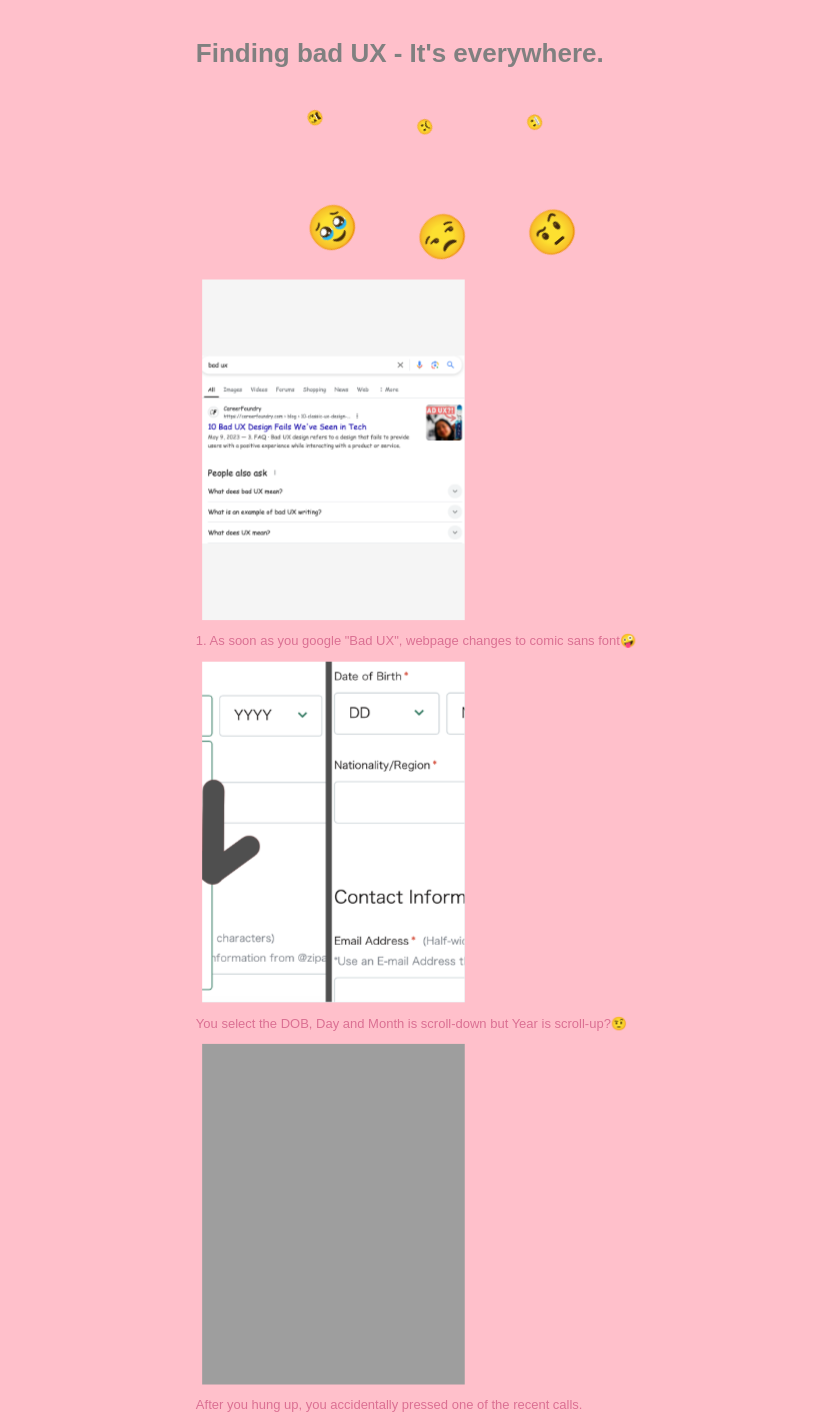
Repository: j1s00jang/MDIA-2109
Page: badUX.html
An editor plug-in stored every save of this project. The page is shown before and after the next save, followed by the edit.
The browser window is 1280 px wide. The pictures show the whole page, at 65% of full size.
Pictures or frames that could not be fetched are drawn as grey boxes. Some web libraries are served in a nearby version.

Above is the page before, as saved 2025-03-02 12:54:09.

### badUX.html
<html>
    <head>
        <!-- Metadata belongs in the head of your document -->
         <title>Jisoo's finding bad ux</title>
         <meta charset="UTF-8" />
         <link rel="stylesheet" href="css/badUXstyles.css">
    </head>
    <body>
        <main>
            <h1 class="title">Finding bad UX - It's everywhere.</h1>

        <div class="js">
            <span class="js__spinner spin">😫</span>
            <span class="js__spinner moreSpin">☹️</span>
            <span class="js__spinner mostSpin">😬</span>
        </div>

        <div class="gsap">
            <span class="gsap__spinner spin">🥹</span>
            <span class="gsap__spinner moreSpin">😒</span>
            <span class="gsap__spinner mostSpin">🤨</span>

        </div>
            <div class="first">
                <img src="css/first.png" alt="google ux" class="first_photo">
            </div>
            <p>1. As soon as you google "Bad UX", webpage changes to comic sans font🤪</p>

            <div class="second">
                <img src="css/second.png" alt="confirm button in red" class="second_photo">
            </div>
            <p>You select the DOB, Day and Month is scroll-down but Year is scroll-up?🤨</p>

            <div class="third">
                <img src="css/third.jpeg" alt="iphone's recents calling list" class="third_photo">
            </div>
            <p>After you hung up, you accidentally pressed one of the recent calls.</p>

            <script src="https://cdn.jsdelivr.net/npm/gsap@3.12.7/dist/gsap.min.js"></script>
            <script src="script.js"></script>


        </main>
    </body>
</html>

### css/badUXstyles.css
html {
    font-family: "Futura", sans-serif;
    font-size: 1.25em;
    background-color: pink;
    padding: 1.25em;
    color: palevioletred;
}

body {
    display: flex;
    justify-content: center;
    height: 100vh;
}

.title {
    font-size: 2em;
    color: grey;
}


.first,
.second,
.third {
    position: relative;
    width: 30vw;
    height: 70vh;
    overflow: hidden;
}

.first {
    background-color: whitesmoke;
    padding: 10px;
    margin: 10px;
    font-size: 1.5em;
}

.first_photo {
    position: absolute;
    top: 0;
    left: 0;
    width: 100%;
    height: 100%;
    object-fit:scale-down;
    opacity: 1;
}

.second {
    background-color: lightcyan;
    padding: 10px;
    margin: 10px;
    color: teal;
    font-size: 1.5em;
}

.second_photo {
    position: absolute;
    top: 0;
    left: 0;
    width: 100%;
    height: 100%;
    object-fit: cover;
    opacity: 1;
}

.third {
    background-color: lightyellow;
    padding: 10px;
    margin: 10px;
    color: darkgoldenrod;
    font-size: 1.5em;
}

.third_photo {
    position: absolute;
    top: 0;
    left: 0;
    width: 100%;
    height: 100%;
    object-fit: cover;
    opacity: 1;
}

.gsap {
    position: relative;
    height: 30vh;
    font-size: 65px;
}


.js,
.gsap {
    position: relative;
    height: 20vh;
    font-size: 65px;
}


.js__spinner,
.gsap__spinner {
    position: absolute;
}




.spin { left: 25%; top: 25%; }
.moreSpin { left: 50%; top: 35%; }
.mostSpin { left: 75%; top: 30%; }



@keyframes makeItSpin {
    0% {
        transform: rotate(0);
    }
    50% {
        font-size: 100px;
    }
    100% {
        transform: rotate(360deg);
    }
}

### script.js
const $spin = document.querySelector(".js__spinner.spin");
const $moreSpin = document.querySelector(".js__spinner.moreSpin");
const $mostSpin = document.querySelector(".js__spinner.mostSpin");




const keyframes = [
    { transform: "rotate(0)" },
    {
        transform: "rotate(360deg)",
        fontSize: "0"
     }
];



const options = {
    duration: 3000,
    iterations: Infinity,

}


$spin.animate(keyframes, options);
$moreSpin.animate(keyframes, options);
$mostSpin.animate(keyframes, options);


const gsapOption = {
    rotation: 360,
    repeat: -1,
    duration: 3
}

gsap.to(".gsap__spinner", gsapOption);

After the next save:
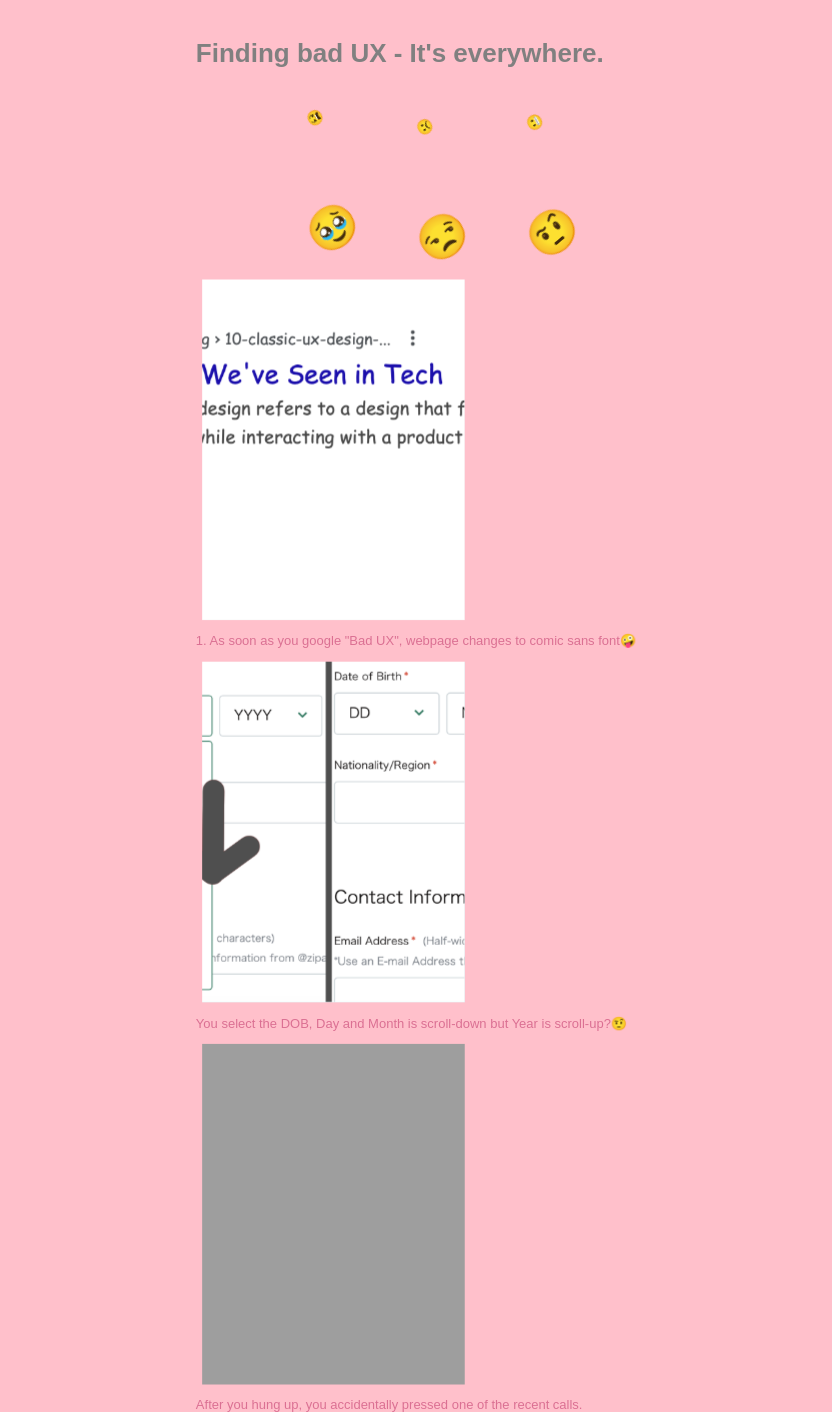
Saved 12 s later.
--- a/css/badUXstyles.css
+++ b/css/badUXstyles.css
@@ -40,7 +40,7 @@
     left: 0;
     width: 100%;
     height: 100%;
-    object-fit:scale-down;
+    object-fit:none;
     opacity: 1;
 }
 

After the save that followed:
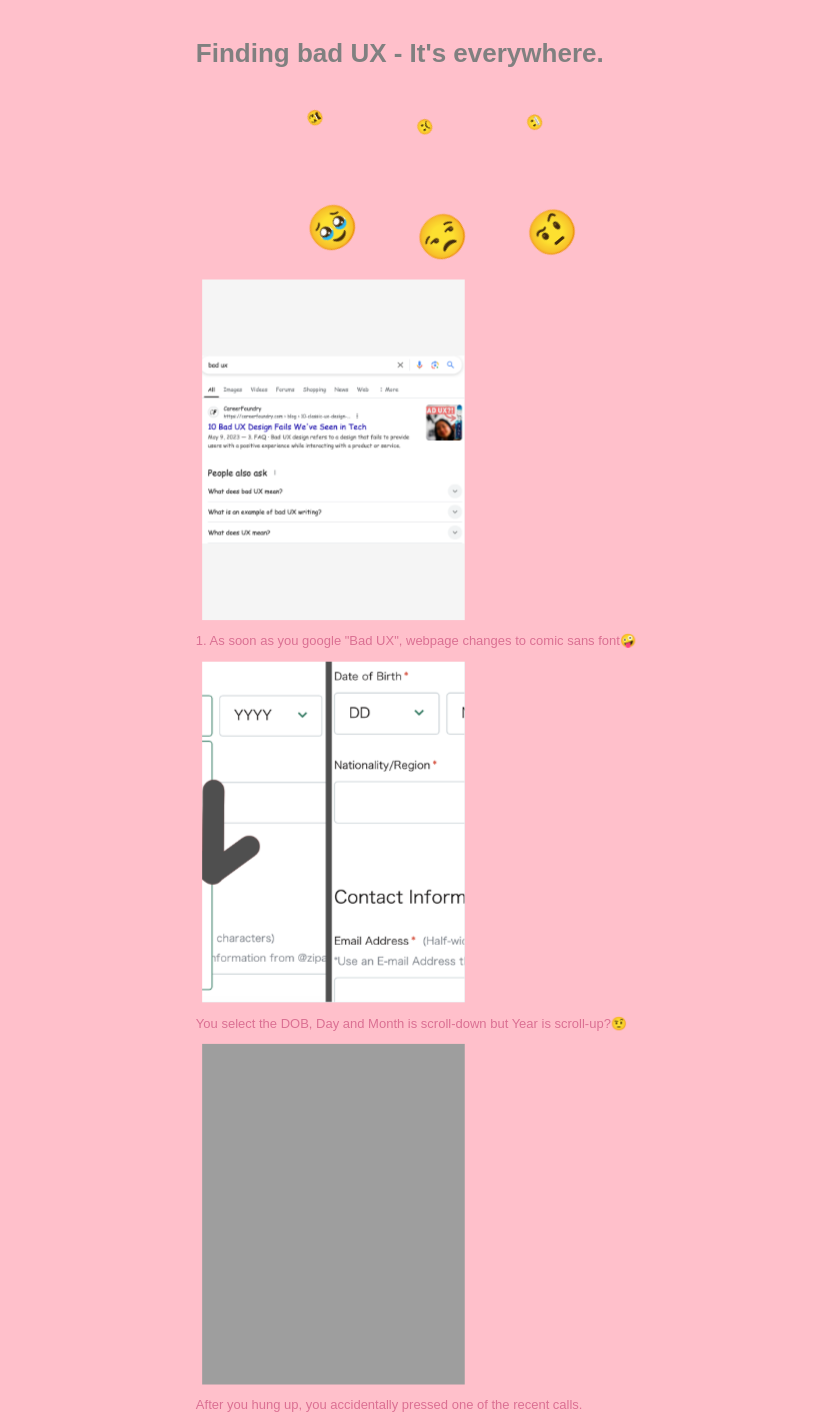
Saved 7 s later.
--- a/css/badUXstyles.css
+++ b/css/badUXstyles.css
@@ -40,7 +40,7 @@
     left: 0;
     width: 100%;
     height: 100%;
-    object-fit:none;
+    object-fit:contain;
     opacity: 1;
 }
 
